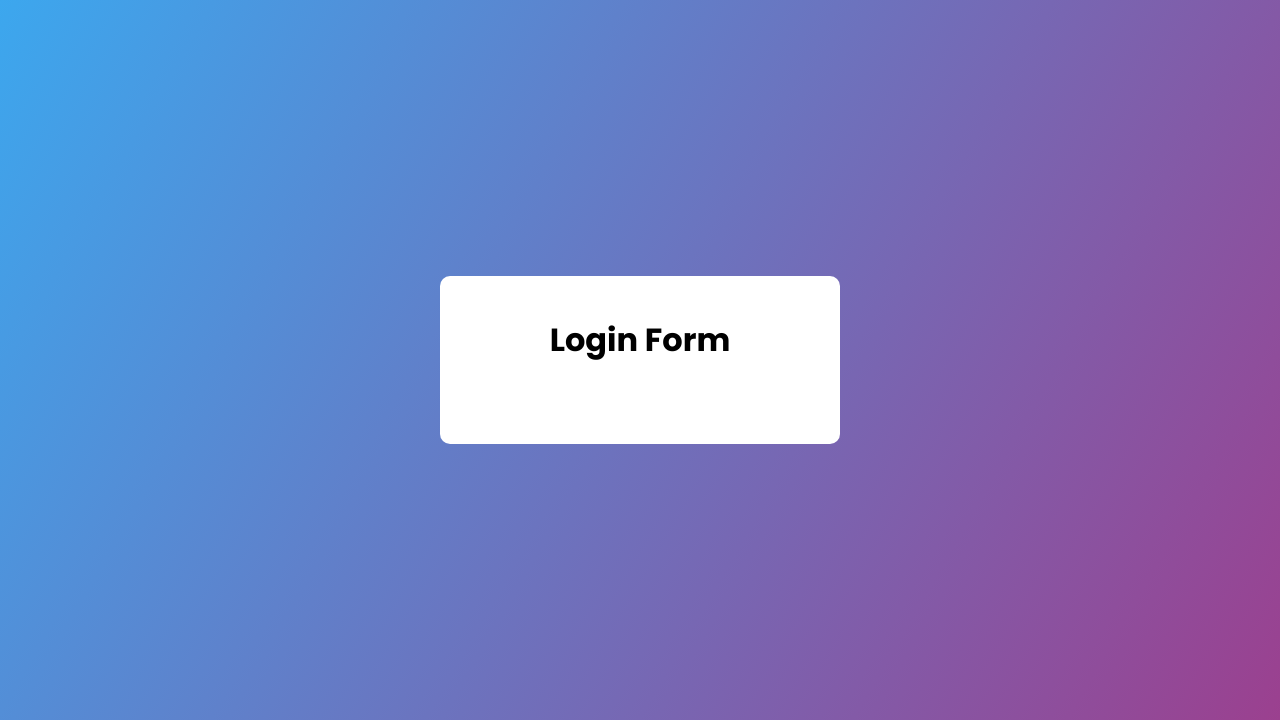
Repository: QUANGTHAI2003/Form-Validation
Page: index.html
These files come from the project's save history. The page is drawn as it stood at one moment and after the next save; the edit follows.
The browser window is 1280 px wide. The pictures show the whole page.

Above is the page before, as saved 2022-03-13 14:06:17.

After the next save:
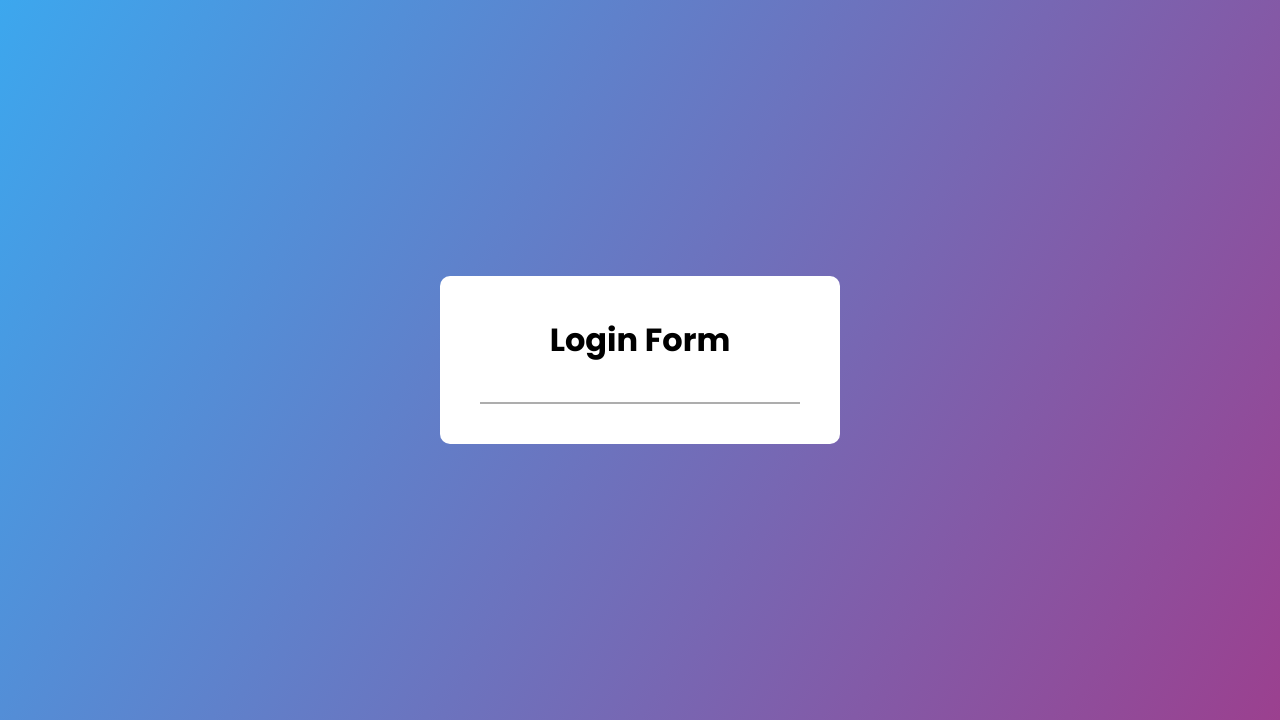
Saved 53 s later.
--- a/style.css
+++ b/style.css
@@ -38,4 +38,5 @@ body {
     font-size: 16px;
     border: none;
     outline: none;
+    border-bottom: 2px solid #adadad;
 }
